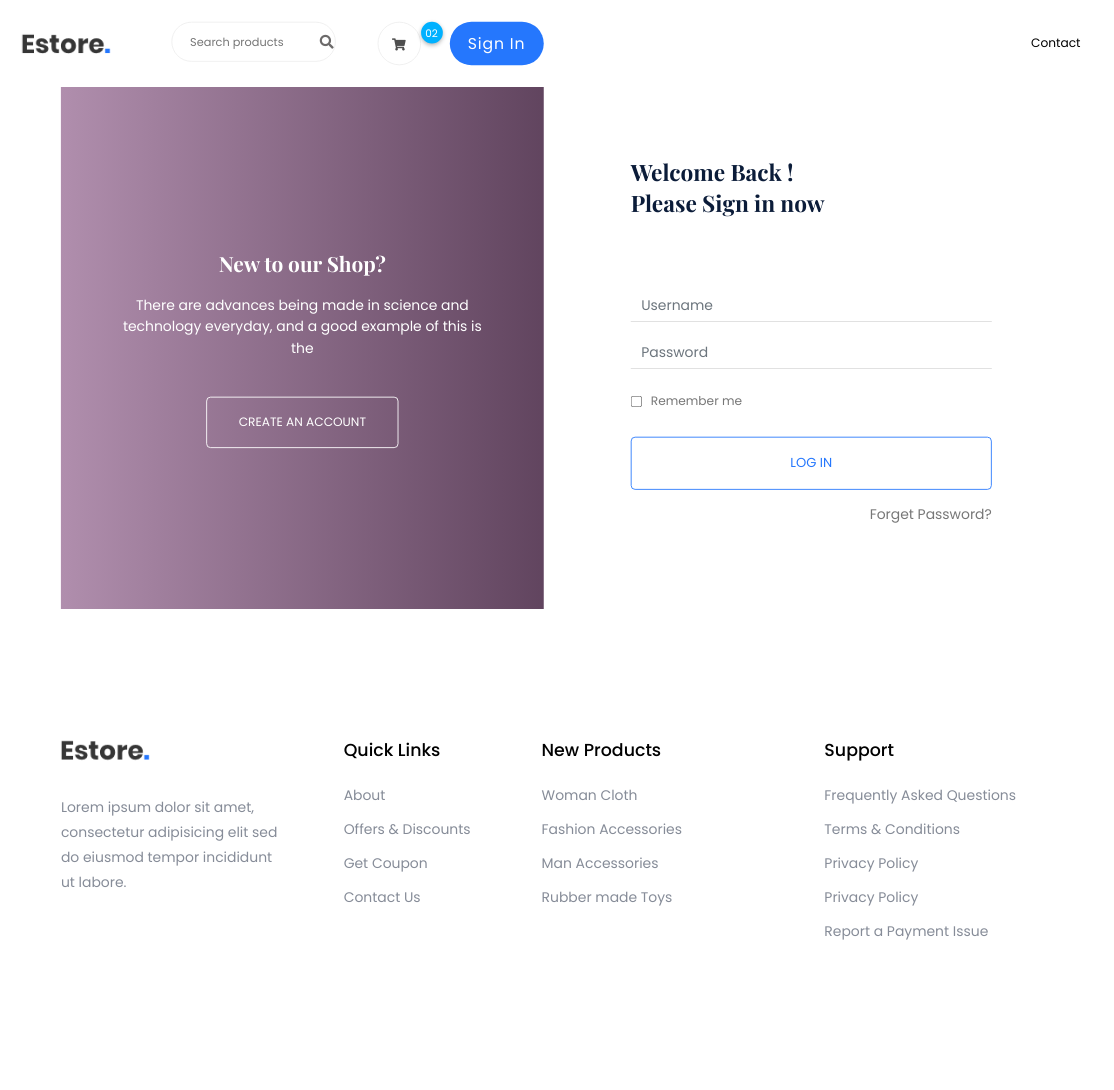
Repository: tuanloc782004/Estore-Bookshop-Website
Page: http://localhost/auth/login
An editor plug-in stored every save of this project. The page is shown before and after the next save, followed by the edit.
The browser window is 1280 px wide. The pictures show the whole page, at 87% of full size.
Some web fonts or font styles are not loaded; a fallback is used. The page is this project's Thymeleaf template; nobody is signed in. Other server files are loaded and not shown. The template is opened directly, without the code that normally fills it, so the values that code supplies are empty.

Above is the page before, as saved 2024-10-26 03:51:49.

### myscp/src/main/resources/templates/auth/login.html
<!doctype html>
<html lang="zxx" xmlns:th="http://www.thymeleaf.org"
	xmlns:sec="https://www.thymeleaf.org/extras/spring-security6">

<head th:replace="user/layout/head::head"></head>

<body>

	<div th:replace="user/layout/preloader-start::preloader-start"></div>

	<header th:replace="user/layout/header::header"></header>

	<!--================login_part Area =================-->
	<section class="login_part">
		<div class="container">
			<div class="row align-items-center">
				<div class="col-lg-6 col-md-6">
					<div class="login_part_text text-center">
						<div class="login_part_text_iner">
							<h2>New to our Shop?</h2>
							<p>There are advances being made in science and technology
								everyday, and a good example of this is the</p>
							<a href="#" class="btn_3">Create an Account</a>
						</div>
					</div>
				</div>
				<div class="col-lg-6 col-md-6">
					<div class="login_part_form">
						<div class="login_part_form_iner">
							<h3>
								Welcome Back ! <br> Please Sign in now
							</h3>
							<form class="row contact_form" action="#" method="post"
								novalidate="novalidate">
								<div class="col-md-12 form-group p_star">
									<input type="text" class="form-control" id="name" name="username"
										value="" placeholder="Username">
								</div>
								<div class="col-md-12 form-group p_star">
									<input type="password" class="form-control" id="password"
										name="password" value="" placeholder="Password">
								</div>
								<div class="col-md-12 form-group">
									<div class="creat_account d-flex align-items-center">
										<input type="checkbox" id="f-option" name="selector">
										<label for="f-option">Remember me</label>
									</div>
									<button type="submit" value="submit" class="btn_3">
										log in</button>
									<a class="lost_pass" href="#">forget password?</a>
								</div>
							</form>
						</div>
					</div>
				</div>
			</div>
		</div>
	</section>
	<!--================login_part end =================-->

	<footer th:replace="user/layout/footer::footer"></footer>

	<div th:replace="user/layout/script::script"></div>

</body>

</html>

### myscp/src/main/resources/templates/user/layout/head.html
<head th:fragment="head">
<meta charset="utf-8">
<meta http-equiv="x-ua-compatible" content="ie=edge">
<title>Estore</title>
<meta name="description" content="">
<meta name="viewport" content="width=device-width, initial-scale=1">
<link rel="manifest" href="site.webmanifest">
<link rel="shortcut icon" type="image/x-icon"
	th:href="@{/assets/img/favicon.ico}">

<!-- CSS here -->
<link rel="stylesheet" th:href="@{/assets/css/bootstrap.min.css}">
<link rel="stylesheet" th:href="@{/assets/css/owl.carousel.min.css}">
<link rel="stylesheet" th:href="@{/assets/css/flaticon.css}">
<link rel="stylesheet" th:href="@{/assets/css/slicknav.css}">
<link rel="stylesheet" th:href="@{/assets/css/animate.min.css}">
<link rel="stylesheet" th:href="@{/assets/css/magnific-popup.css}">
<link rel="stylesheet" th:href="@{/assets/css/fontawesome-all.min.css}">
<link rel="stylesheet" th:href="@{/assets/css/themify-icons.css}">
<link rel="stylesheet" th:href="@{/assets/css/slick.css}">
<link rel="stylesheet" th:href="@{/assets/css/nice-select.css}">
<link rel="stylesheet" th:href="@{/assets/css/style.css}">
</head>

### myscp/src/main/resources/templates/user/layout/preloader-start.html
<!-- Preloader Start -->
<div id="preloader-active" th:fragment="preloader-start">
	<div class="preloader d-flex align-items-center justify-content-center">
		<div class="preloader-inner position-relative">
			<div class="preloader-circle"></div>
			<div class="preloader-img pere-text">
				<img th:src="@{/assets/img/logo/logo.png}" alt="">
			</div>
		</div>
	</div>
</div>
<!-- Preloader Start -->

### myscp/src/main/resources/templates/user/layout/header.html
<header th:fragment="header">
	<!-- Header Start -->
	<div class="header-area">
		<div class="main-header ">
			<div class="header-bottom  header-sticky">
				<div class="container-fluid">
					<div class="row align-items-center">
						<!-- Logo -->
						<div class="col-xl-1 col-lg-1 col-md-1 col-sm-3">
							<div class="logo">
								<a href="index.html"><img
									th:src="@{/assets/img/logo/logo.png}" alt=""></a>
							</div>
						</div>
						<div class="col fix-card">
							<ul
								class="header-right f-right d-none d-lg-block d-flex justify-content-between">
								<li class="d-none d-xl-block">
									<div class="form-box f-right col-lg-12 col-xl-12">
										<input type="text" name="Search" placeholder="Search products">
										<div class="search-icon">
											<i class="fas fa-search special-tag"></i>
										</div>
									</div>
								</li>
								<li>
									<div class="shopping-card">
										<a href="cart.html"><i class="fas fa-shopping-cart"></i></a>
									</div>
								</li>
								<li class="d-none d-lg-block"><a href="#"
									class="btn header-btn">Sign in</a></li>
							</ul>
						</div>
						<div class="col-xl-6 col-lg-8 col-md-7 col-sm-5">
							<!-- Main-menu -->
							<div class="main-menu f-right d-none d-lg-block">
								<nav>
									<ul id="navigation">
										<li><a href="contact.html">Contact</a></li>
									</ul>
								</nav>
							</div>
						</div>
						<!-- Mobile Menu -->
						<div class="col-12">
							<div class="mobile_menu d-block d-lg-none"></div>
						</div>
					</div>
				</div>
			</div>
		</div>
	</div>
	<!-- Header End -->
</header>

### myscp/src/main/resources/templates/user/layout/footer.html
<footer th:fragment="footer">

	<!-- Footer Start-->
	<div class="footer-area footer-padding">
		<div class="container">
			<div class="row d-flex justify-content-between">
				<div class="col-xl-3 col-lg-3 col-md-5 col-sm-6">
					<div class="single-footer-caption mb-50">
						<div class="single-footer-caption mb-30">
							<!-- logo -->
							<div class="footer-logo">
								<a href="index.html"><img
									th:src="@{/assets/img/logo/logo2_footer.png}" alt=""></a>
							</div>
							<div class="footer-tittle">
								<div class="footer-pera">
									<p>Lorem ipsum dolor sit amet, consectetur adipisicing elit
										sed do eiusmod tempor incididunt ut labore.</p>
								</div>
							</div>
						</div>
					</div>
				</div>
				<div class="col-xl-2 col-lg-3 col-md-3 col-sm-5">
					<div class="single-footer-caption mb-50">
						<div class="footer-tittle">
							<h4>Quick Links</h4>
							<ul>
								<li><a href="#">About</a></li>
								<li><a href="#"> Offers & Discounts</a></li>
								<li><a href="#"> Get Coupon</a></li>
								<li><a href="#"> Contact Us</a></li>
							</ul>
						</div>
					</div>
				</div>
				<div class="col-xl-3 col-lg-3 col-md-4 col-sm-7">
					<div class="single-footer-caption mb-50">
						<div class="footer-tittle">
							<h4>New Products</h4>
							<ul>
								<li><a href="#">Woman Cloth</a></li>
								<li><a href="#">Fashion Accessories</a></li>
								<li><a href="#"> Man Accessories</a></li>
								<li><a href="#"> Rubber made Toys</a></li>
							</ul>
						</div>
					</div>
				</div>
				<div class="col-xl-3 col-lg-3 col-md-5 col-sm-7">
					<div class="single-footer-caption mb-50">
						<div class="footer-tittle">
							<h4>Support</h4>
							<ul>
								<li><a href="#">Frequently Asked Questions</a></li>
								<li><a href="#">Terms & Conditions</a></li>
								<li><a href="#">Privacy Policy</a></li>
								<li><a href="#">Privacy Policy</a></li>
								<li><a href="#">Report a Payment Issue</a></li>
							</ul>
						</div>
					</div>
				</div>
			</div>
		</div>
	</div>
	<!-- Footer End-->

</footer>

### myscp/src/main/resources/templates/user/layout/script.html
<div th:fragment="script">
	<!-- JS here -->

	<!-- All JS Custom Plugins Link Here here -->
	<script th:src="@{/assets/js/vendor/modernizr-3.5.0.min.js}"></script>
	<!-- Jquery, Popper, Bootstrap -->
	<script th:src="@{/assets/js/vendor/jquery-1.12.4.min.js}"></script>
	<script th:src="@{/assets/js/popper.min.js}"></script>
	<script th:src="@{/assets/js/bootstrap.min.js}"></script>
	<!-- Jquery Mobile Menu -->
	<script th:src="@{/assets/js/jquery.slicknav.min.js}"></script>

	<!-- Jquery Slick , Owl-Carousel Plugins -->
	<script th:src="@{/assets/js/owl.carousel.min.js}"></script>
	<script th:src="@{/assets/js/slick.min.js}"></script>

	<!-- One Page, Animated-HeadLin -->
	<script th:src="@{/assets/js/wow.min.js}"></script>
	<script th:src="@{/assets/js/animated.headline.js}"></script>
	<script th:src="@{/assets/js/jquery.magnific-popup.js}"></script>

	<!-- Scrollup, nice-select, sticky -->
	<script th:src="@{/assets/js/jquery.scrollUp.min.js}"></script>
	<script th:src="@{/assets/js/jquery.nice-select.min.js}"></script>
	<script th:src="@{/assets/js/jquery.sticky.js}"></script>
	<script src="./assets/js/jquery.magnific-popup.js"></script>

	<!-- contact js -->
	<script th:src="@{/assets/js/contact.js}"></script>
	<script th:src="@{/assets/js/jquery.form.js}"></script>
	<script th:src="@{/assets/js/jquery.validate.min.js}"></script>
	<script th:src="@{/assets/js/mail-script.js}"></script>
	<script th:src="@{/assets/js/jquery.ajaxchimp.min.js}"></script>

	<!-- Jquery Plugins, main Jquery -->
	<script th:src="@{/assets/js/plugins.js}"></script>
	<script th:src="@{/assets/js/main.js}"></script>
</div>

### myscp/src/main/resources/static/assets/js/contact.js
$(document).ready(function(){

    (function($) {
        "use strict";


    jQuery.validator.addMethod('answercheck', function (value, element) {
        return this.optional(element) || /^\bcat\b$/.test(value)
    }, "type the correct answer -_-");

    // validate contactForm form
    $(function() {
        $('#contactForm').validate({
            rules: {
                name: {
                    required: true,
                    minlength: 2
                },
                subject: {
                    required: true,
                    minlength: 4
                },
                number: {
                    required: true,
                    minlength: 5
                },
                email: {
                    required: true,
                    email: true
                },
                message: {
                    required: true,
                    minlength: 20
                }
            },
            messages: {
                name: {
                    required: "come on, you have a name, don't you?",
                    minlength: "your name must consist of at least 2 characters"
                },
                subject: {
                    required: "come on, you have a subject, don't you?",
                    minlength: "your subject must consist of at least 4 characters"
                },
                number: {
                    required: "come on, you have a number, don't you?",
                    minlength: "your Number must consist of at least 5 characters"
                },
                email: {
                    required: "no email, no message"
                },
                message: {
                    required: "um...yea, you have to write something to send this form.",
                    minlength: "thats all? really?"
                }
            },
            submitHandler: function(form) {
                $(form).ajaxSubmit({
                    type:"POST",
                    data: $(form).serialize(),
                    url:"contact_process.php",
                    success: function() {
                        $('#contactForm :input').attr('disabled', 'disabled');
                        $('#contactForm').fadeTo( "slow", 1, function() {
                            $(this).find(':input').attr('disabled', 'disabled');
                            $(this).find('label').css('cursor','default');
                            $('#success').fadeIn()
                            $('.modal').modal('hide');
		                	$('#success').modal('show');
                        })
                    },
                    error: function() {
                        $('#contactForm').fadeTo( "slow", 1, function() {
                            $('#error').fadeIn()
                            $('.modal').modal('hide');
		                	$('#error').modal('show');
                        })
                    }
                })
            }
        })
    })

 })(jQuery)
})

### myscp/src/main/resources/static/assets/js/mail-script.js
    // -------   Mail Send ajax

     $(document).ready(function() {
        var form = $('#myForm'); // contact form
        var submit = $('.submit-btn'); // submit button
        var alert = $('.alert-msg'); // alert div for show alert message

        // form submit event
        form.on('submit', function(e) {
            e.preventDefault(); // prevent default form submit

            $.ajax({
                url: 'mail.php', // form action url
                type: 'POST', // form submit method get/post
                dataType: 'html', // request type html/json/xml
                data: form.serialize(), // serialize form data
                beforeSend: function() {
                    alert.fadeOut();
                    submit.html('Sending....'); // change submit button text
                },
                success: function(data) {
                    alert.html(data).fadeIn(); // fade in response data
                    form.trigger('reset'); // reset form
                    submit.attr("style", "display: none !important");; // reset submit button text
                },
                error: function(e) {
                    console.log(e)
                }
            });
        });
    });

### myscp/src/main/resources/static/assets/js/plugins.js
// Avoid `console` errors in browsers that lack a console.
(function() {
    var method;
    var noop = function () {};
    var methods = [
        'assert', 'clear', 'count', 'debug', 'dir', 'dirxml', 'error',
        'exception', 'group', 'groupCollapsed', 'groupEnd', 'info', 'log',
        'markTimeline', 'profile', 'profileEnd', 'table', 'time', 'timeEnd',
        'timeline', 'timelineEnd', 'timeStamp', 'trace', 'warn'
    ];
    var length = methods.length;
    var console = (window.console = window.console || {});

    while (length--) {
        method = methods[length];

        // Only stub undefined methods.
        if (!console[method]) {
            console[method] = noop;
        }
    }
}());

// Place any jQuery/helper plugins in here.

Loaded but not shown: myscp/src/main/resources/static/assets/css/bootstrap.min.css (library); myscp/src/main/resources/static/assets/css/owl.carousel.min.css (common file); myscp/src/main/resources/static/assets/css/flaticon.css (common file); myscp/src/main/resources/static/assets/css/slicknav.css (common file); myscp/src/main/resources/static/assets/css/animate.min.css (library); myscp/src/main/resources/static/assets/css/magnific-popup.css (library); myscp/src/main/resources/static/assets/css/fontawesome-all.min.css (library); myscp/src/main/resources/static/assets/css/themify-icons.css (common file); myscp/src/main/resources/static/assets/css/slick.css (common file); myscp/src/main/resources/static/assets/css/nice-select.css (common file); myscp/src/main/resources/static/assets/css/style.css (library); myscp/src/main/resources/static/assets/js/popper.min.js (library); myscp/src/main/resources/static/assets/js/bootstrap.min.js (library); myscp/src/main/resources/static/assets/js/jquery.slicknav.min.js (library); myscp/src/main/resources/static/assets/js/owl.carousel.min.js (library); myscp/src/main/resources/static/assets/js/slick.min.js (library); myscp/src/main/resources/static/assets/js/wow.min.js (library); myscp/src/main/resources/static/assets/js/animated.headline.js (common file); myscp/src/main/resources/static/assets/js/jquery.magnific-popup.js (library); myscp/src/main/resources/static/assets/js/jquery.scrollUp.min.js (common file); myscp/src/main/resources/static/assets/js/jquery.nice-select.min.js (common file); myscp/src/main/resources/static/assets/js/jquery.sticky.js (library); myscp/src/main/resources/static/assets/js/jquery.form.js (library); myscp/src/main/resources/static/assets/js/jquery.validate.min.js (library); myscp/src/main/resources/static/assets/js/jquery.ajaxchimp.min.js (library); myscp/src/main/resources/static/assets/js/main.js (520 lines, source omitted)

After the next save:
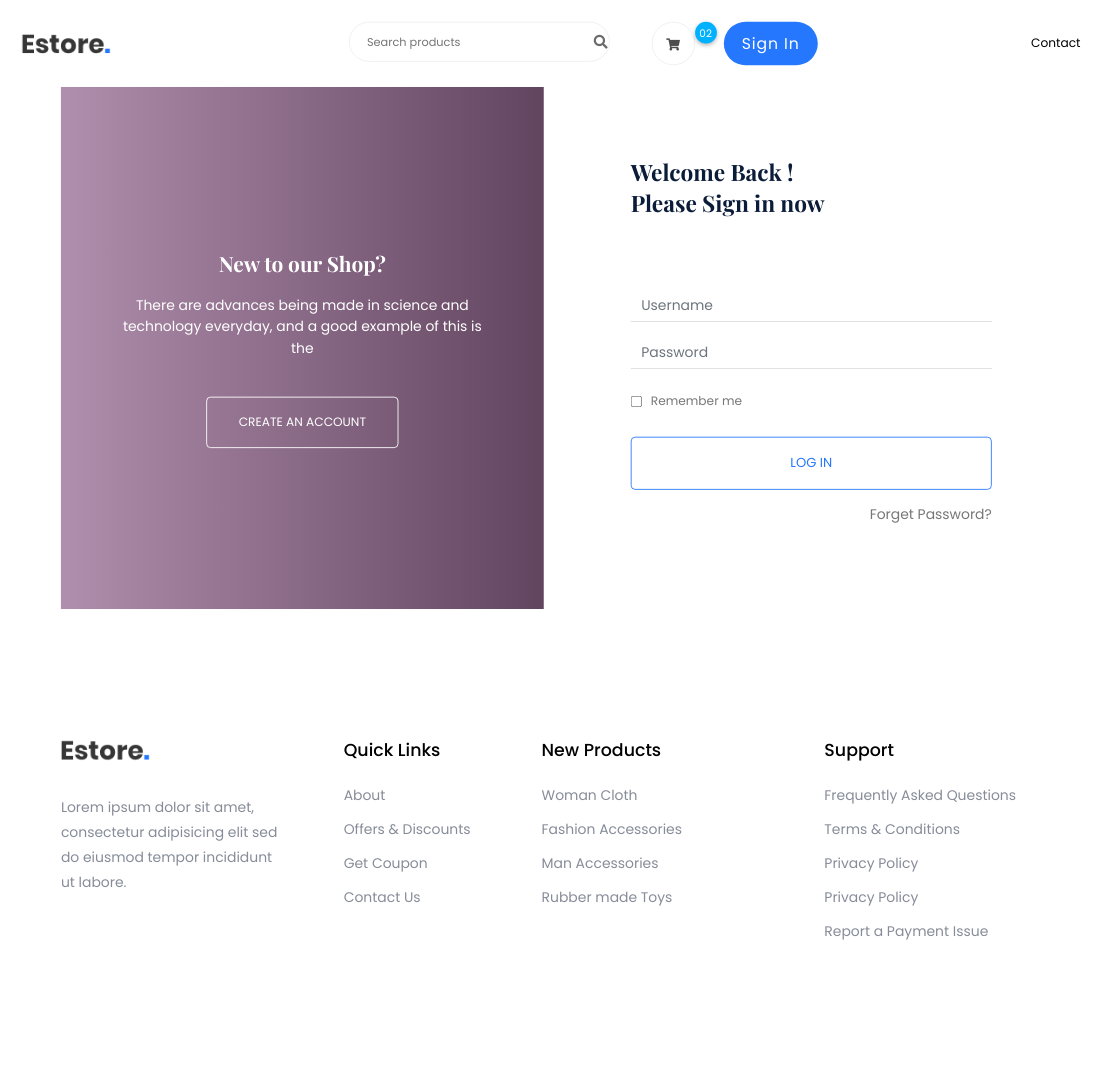
Saved 32 s later.
--- a/myscp/src/main/resources/templates/user/layout/header.html
+++ b/myscp/src/main/resources/templates/user/layout/header.html
@@ -32,7 +32,7 @@
 									class="btn header-btn">Sign in</a></li>
 							</ul>
 						</div>
-						<div class="col-xl-6 col-lg-8 col-md-7 col-sm-5">
+						<div class="col-xl-3 col-lg-3 col-md-3 col-sm-3">
 							<!-- Main-menu -->
 							<div class="main-menu f-right d-none d-lg-block">
 								<nav>
